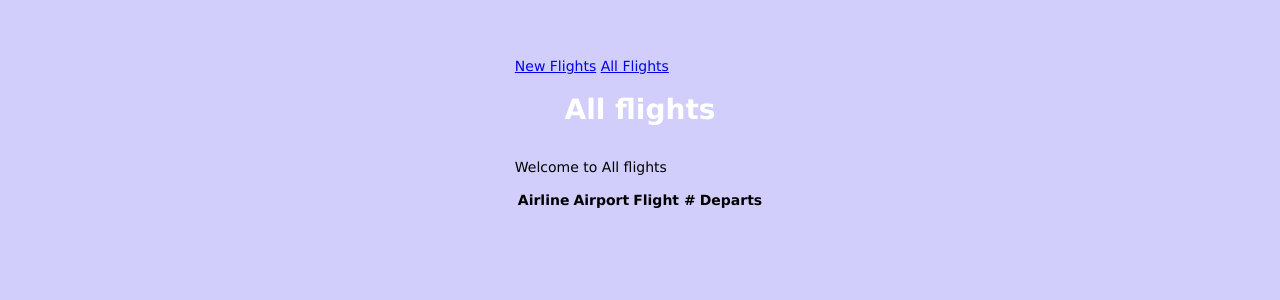
Repository: jmendoza13/mongoose-flights
Page: http://localhost/flights
The author's editor kept a copy of each file at every save. The page is drawn from the files as they stood at one save, then again after the next save.
The browser window is 1280 px wide. The pictures show the whole page.
The page is served by the project's Node server (server.js). Other server files are loaded and not shown. Queries for data that is not in the repository find no rows.

Above is the page before, as saved 2022-07-18 16:02:53.

### views/flights/index.ejs
<%- include('../partials/header') %>
   <h1>
      <%= title %>
   </h1>
   <p>
      Welcome to <%= title %>
   </p>
   <table>
      <tr>
         <th>Airline</th>
         <th>Airport</th>
         <th>Flight #</th>
         <th>Departs</th>
      </tr>
   <tbody>
   <% flights.forEach(function(f) { %>
      <tr>
         <td><%=f.airline %></td>
         <td><%=f.airport %></td>
         <td><%=f.flightNo %></td>
         <td><%=f.departs %></td>
      </tr>
      <% }); %>
   </tbody>
</table>
      <%- include('../partials/footer') %>

### views/Partials/header.ejs
<!DOCTYPE html>
<html lang="en">

<head>
    <meta charset="UTF-8">
    <meta http-equiv="X-UA-Compatible" content="IE=edge">
    <meta name="viewport" content="width=device-width, initial-scale=1.0">
    <link rel='stylesheet' href='/stylesheets/style.css' />
    <title>Flights</title>
</head>

<body>
    <nav>
        <a href="/flights/new">New Flights</a>
        <a href="/flights">All Flights</a>
    </nav>

### server.js
var createError = require('http-errors');
var express = require('express');
var path = require('path');
var cookieParser = require('cookie-parser');
var logger = require('morgan');
require('dotenv').config();

require('./config/database');
var indexRouter = require('./routes/index');
var flightsRouter = require('./routes/flights');

var app = express();

// view engine setup
app.set('views', path.join(__dirname, 'views'));
app.set('view engine', 'ejs');

app.use(logger('dev'));
app.use(express.json());
app.use(express.urlencoded({ extended: false }));
app.use(cookieParser());
app.use(express.static(path.join(__dirname, 'public')));

app.use('/', indexRouter);
app.use('/flights', flightsRouter);

// catch 404 and forward to error handler
app.use(function(req, res, next) {
  next(createError(404));
});

// error handler
app.use(function(err, req, res, next) {
  // set locals, only providing error in development
  res.locals.message = err.message;
  res.locals.error = req.app.get('env') === 'development' ? err : {};

  // render the error page
  res.status(err.status || 500);
  res.render('error');
});

module.exports = app;

### controllers/flights.js
const Flight = require('../models/flight');

module.exports = {
    index,
    new: newFlight,
    create
};

function index(req, res) {
    Flight.find({}, function(err, flights) {
      res.render('flights/index', { title: 'All flights', flights });
    });
  }

  function create(req, res) {
    console.log(req.body)
      for (let key in req.body) {
          if (req.body[key] === '') delete req.body[key];
      }
      var flight = new Flight(req.body);
      flight.save(function(err) {
          // one way to handle errors
          if (err) return res.redirect('/flights/new');
          console.log(flight);
          // for now, redirect right back to new.ejs
          res.redirect('/flights');
      });
  }



function newFlight(req, res) {
    res.render('flights/new');
}

### public/stylesheets/style.css
body {
  padding: 50px;
  font: 14px "Lucida Grande", Helvetica, Arial, sans-serif;
  display: grid;
  justify-content: center;
  background-color: rgb(210, 206, 252);
  grid-template-areas:
    "nav"
    "main"
}
s
nav, h1 {
  display: flex;
  color: #ffffff;
  justify-content: center;
  align-items: center;
}

Loaded but not shown: views/Partials/footer.ejs (common file)

After the next save:
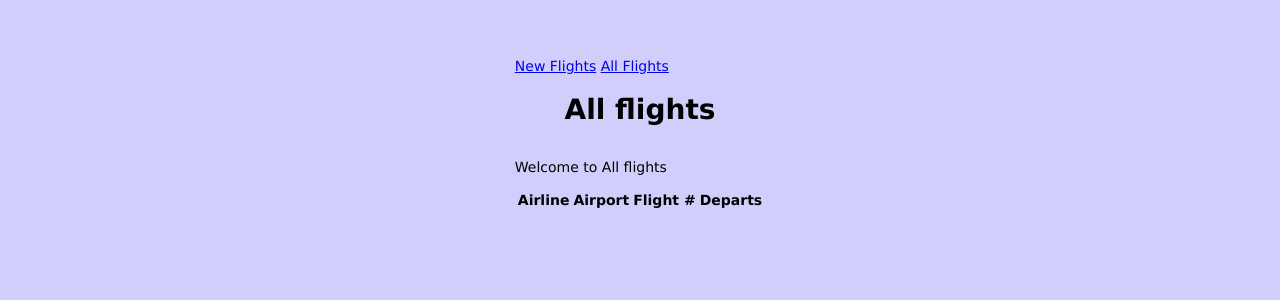
Saved 16 s later.
--- a/public/stylesheets/style.css
+++ b/public/stylesheets/style.css
@@ -11,7 +11,7 @@ body {
 s
 nav, h1 {
   display: flex;
-  color: #ffffff;
+  color: #010101;
   justify-content: center;
   align-items: center;
 }
